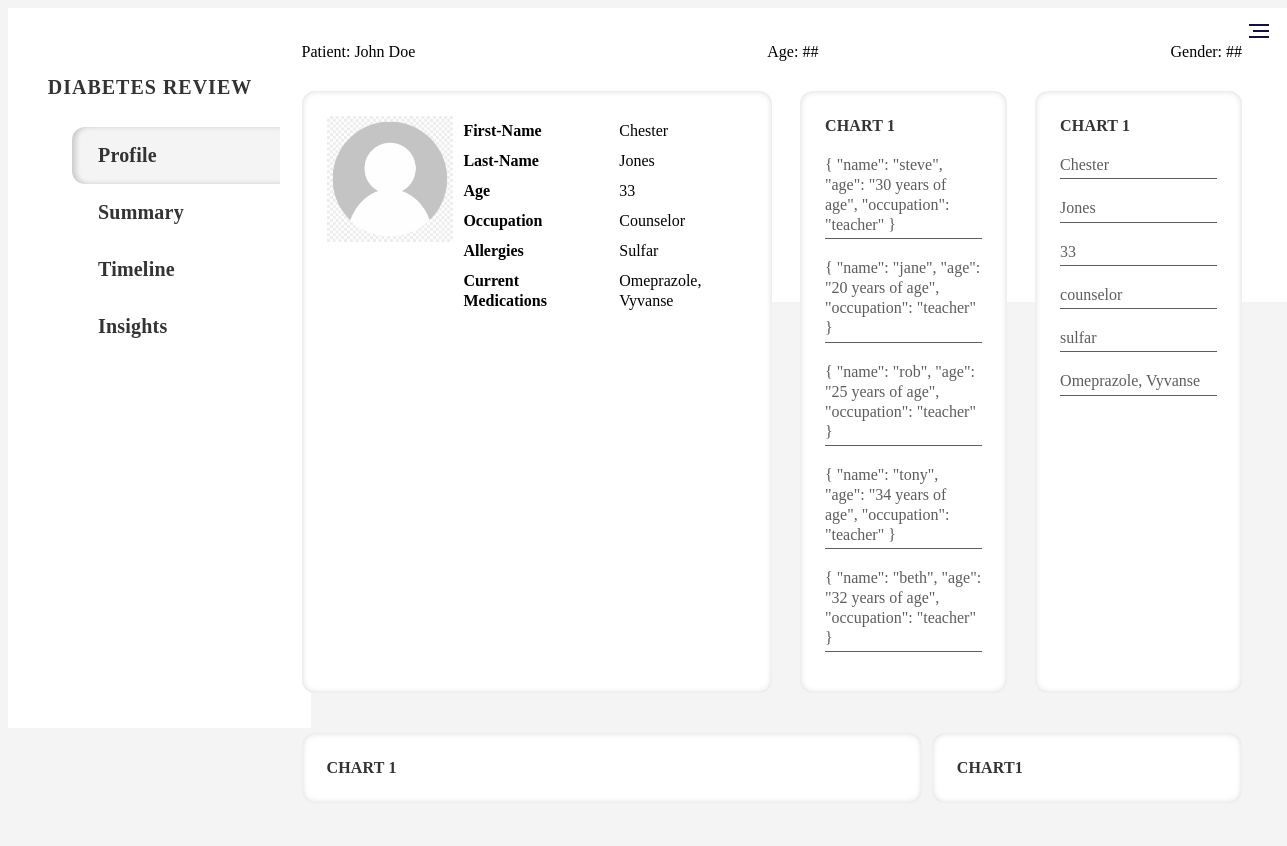
Repository: ariellecerini/clinical-reasoning
Page: /
The author's editor kept a copy of each file at every save. The page is drawn from the files as they stood at one save, then again after the next save.
The browser window is 1280 px wide. The page is 1287 px wide, so the pictures cover 1287 px, including what lies to the right of the window. The pictures show the whole page.
The project was rebuilt for these pictures with package versions that can differ from the ones it lists, and the page was loaded fresh each time.

Above is the page before, as saved 2021-07-18 23:47:41.

### src/App.vue
<template>

                <div class="page-container">
                    <div class="row">
                        <div class="col-3">
                        <side-panel v-bind="{showing: true, title: 'Diabetes Review'}" />
                        </div>
                        <div class="col-9 dashboard bodycontent">
                            <div class="row dashboard bodycontent top-bar" style="padding-bottom: 30px;">
                                <div>Patient: John Doe</div>
                                <div>Age: ##</div>
                                <div>Gender: ##</div>

                            </div>

                                <div class="row dashboard bodycontent" style="padding-bottom: 40px;">
                                    <div class="two-col">
                                        <profile-card :profile='data'/>
                                    </div>
                                     <div class="four-col">
                                        <info-module v-bind="{title: 'Chart 1', content: sample}"/>
                                    </div>
                                     <div class="four-col">
                                        <info-module v-bind="{title: 'Chart 1', content: data}"/>
                                    </div>


                                </div>
                                <div class="row dashboard bodycontent">
                                    <div style="width: 66%; padding: 0;">
                                        <info-module v-bind="{title: 'Chart 1'}"/>
                                    </div>
                                    <div style="width: 33%;">
                                        <info-module v-bind="{title: 'Chart1'}"/>
                                    </div>
                                </div>
                        </div>
                    </div>
                </div>

</template>

<script>
import './stories/Dashboard/dashboard.css';
import './stories/style-tokens.css';
import SidePanel from './stories/Dashboard/Menu/SidePanel/SidePanel.vue'
import InfoModule from './stories/Dashboard/Components/InfoModule/InfoModule.vue';
import ProfileCard from './stories/Dashboard/Components/ProfileCard/ProfileCard.vue';
import './assets/bootstrap-4.1.3-dist/css/bootstrap-grid.min.css';
import profileData from "./assets/profileData.json";
import sampleData from "./assets/sampleData.json";

export default {
    name: "dashboard-layout",
    components: {
    InfoModule,
    SidePanel,
    ProfileCard
  },

    props:{
        title: String
    },
   data(){

        return{
            data: profileData,
            sample: sampleData
        }
      }

}
</script>

<style scoped>
.page-container{
    width: 100%;
    padding: 0;
    margin: 0;
    display:flexbox;
    justify-content: space-between;
}

.row.dashboard.bodycontent{
    width: 100%;
    display: flexbox;
    justify-content: space-between;

}
.col-9.dashboard.bodycontent{
    width: 100%;
    padding: 35px 30px 35px 0;

}
.two-col{
  width:50%;
}
.three-col{
    width: 33%;
}

.four-col{
    width: 22%;
}

iframe.sb-show-main.sb-main-padded{
    padding: 0 !important;
}
.card{
    width: 100%;
}

p{
  margin-top: 5px !important;
  margin-bottom: 5px !important;
}
</style>

### src/stories/Dashboard/dashboard.css
.card{
    background: var(--cardBackground) 0% 0% no-repeat padding-box;
    box-shadow: inset 0px 0px 6px #00000029;
    border-radius: 13px;
    width: 90%;
    height: 100%;
    padding: 25px;
    margin: auto;
}

h3.card-title.dashboard{
    text-align: left;
    font: normal normal bold 16px/20px IBM Plex Sans;
    letter-spacing: 0.18px;
    color: var(--black);
    text-transform: uppercase;
    opacity: 1;
    margin: 0;
}

.listItem{
    border-bottom: 1px solid var(--gray4);
    text-align: left;
    font: normal normal 400 16px/20px IBM Plex Sans;
    letter-spacing: 0px;
    color: #5D5D5D;
    opacity: 1;
    padding: 2% 0;
}

### src/stories/Dashboard/Menu/SidePanel/SidePanel.vue
<template>


<div id="app">
 <nav class="main-nav">
     <div class="logo">
       {{ title }}
     </div>
     <Burger></Burger>
   </nav>
    <Sidebar class="sidebar menu navholder">
     <div class="site-title">{{ title }}</div>
        <div class="menu-items">
            <menu-item @onClick="onClick" v-bind="{ active: true, hover: false, label: 'profile' }"/>
            <menu-item @onClick="onClick" v-bind="{ active: false, hover: false, label: 'summary' }"/>
            <menu-item @onClick="onClick" v-bind="{ active: false, hover: false, label: 'timeline' }"/>
            <menu-item @onClick="onClick" v-bind="{ active: false, hover: false, label: 'insights' }"/>
        </div>
   </Sidebar>



<!-- onclick function needs to be added
        set all 'active' props to false except for the menu item that was clicked
        switch the displayed info to the page that corresponds with the menu item
    -->

    </div>
</template>

<script>
import '../MenuItem/Menu.css';
import MenuItem from '../MenuItem/MenuItem.vue';
import Burger from '../MenuItem/Burger.vue';
import Sidebar from '../SidePanel/Sidebar.vue';
// import '../../../assets/normalize.css'

export default {
 name: 'side-panel',
  components: {
      MenuItem,
      Burger,
      Sidebar
      },
 props: {
     title: {
      type: String,
      required: true
    }
 }
}
</script>

<style scoped>
 .main-nav {
   display: flex;
   justify-content: space-between;
   padding: 0.5rem 0.8rem;
 }

 ul.sidebar-panel-nav {
   list-style-type: none;
 }

 ul.sidebar-panel-nav > li > a {
   color: #fff;
   text-decoration: none;
   font-size: 1.5rem;
   display: block;
   padding-bottom: 0.5em;
 }
</style>

### src/stories/Dashboard/Components/InfoModule/InfoModule.vue
<template>
  <Card class="card">
    <h3 class="card-title dashboard">{{title}}</h3>
    <div v-if= "contentType === 'ListTable'">
      <ListTable v-bind="{content: content}" />
      </div>
  </Card>
</template>

<script>
import '../../dashboard.css';
import Card from '../Card/Card.vue';
import ListTable from '../ListTable/ListTable.vue'
// import '../../../assets/normalize.css'

// import '../../../assets/style.css'

export default {
  name: 'info-module',
  components: { Card, ListTable },
  props: {
    title: {
      type: String,
      required: true,
      default: "Insert Title Here"
    },
    content: {
      type: Array,
      required: false

    },
    contentType:{
      type: String,
      required: true,
      default: 'ListTable'
    }
  },
};
</script>

### src/stories/Dashboard/Components/ProfileCard/ProfileCard.vue
<template>
  <Card class="card">
   <div class="profile-card">
       <div class="left-side">
            <div class="profile-image" style="width: 100%;">
                    <img src="../../../assets/place-holder.png" style="width: 100%;">
                </div>

            {{profile.name}}
        </div>

        <div class="right-side">
            <div v-for="(value, name) in profile" :key="value">
                <!-- <div v-for="newDataValue in newDataValues" :key="newDataValue"> -->
                 <div style="display: flex; justify-content: space-between;  font: normal normal 500 16px/20px IBM Plex Sans">
                    <div style="width: 45%;">
                        <p>
                          <strong>
                            {{name}}
                          </strong>
                        </p>
                    </div>
                    <div style="width: 45%; ">
                      <p>
                        {{value}}
                      </p>
                    </div>
                </div>
                    <!-- </div> -->
            </div>
        </div>
      </div>
  </Card>
</template>

<script>
import '../../dashboard.css';
import Card from '../Card/Card.vue';

// import '../../../assets/normalize.css'

// import '../../../assets/style.css'

export default {
  name: 'profile-card',
  components: { Card },
  props: {
    title: {
      type: String,
      required: true,
      default: "Insert Title Here"
    },
    profile:{
      type: Array,
      required: true
    },
    image:{
      type: String,
      required: false
          }
  }
};
</script>

<style scoped>
.profile-card{
  display: flex;
  justify-content: space-between;
}

p{
  margin-top: 5px;
  margin-bottom: 5px;
  text-transform: capitalize;
}
.left-side{
  width: 30%;
}
</style>

### src/stories/Dashboard/Menu/MenuItem/Menu.css
.sb-show-main.sb-main-padded{
    background: #fafafa;

}
.nav-item {
    box-shadow: none;
    padding-top: 15px;
    padding-bottom: 15px;
    padding-left: 10%;
    margin-left: auto;
    width: 80%;
    text-align: left;
    text-transform:capitalize;
    font: normal normal 600 20px/27px IBM Plex Sans;
    letter-spacing: 0.2px;
    color: var(--black);
    border-radius: 0;
}

.nav-item.nav-item-hover{
    background-color: var(--gray1);
    border-radius: 13px 0px 0px 13px;
}

.nav-item:hover{
    background-color: var(--appBgColor);
    border-radius: 13px 0px 0px 13px;
}
.nav-item.nav-item-active {
    box-shadow: inset 4px 0px 5px #00000029;
    border-radius: 13px 0px 0px 13px;
    background-color: var(--appBgColor);

   }

/* 'nav-item--active': this.active,
'nav-item--rounded': this.rounded, */

.sidebar.menu.navholder{
    background: #FFFFFF 0% 0% no-repeat padding-box;
    /* box-shadow: inset 0px 3px 10px #00000029; */
    opacity: 1;
    width: 100%;
    height: 100vh;
    justify-content: flex-start;
    max-width: 303px;
    display: flex;
    position: fixed;
    flex-direction: column;
    padding-bottom: 10%;
}

.site-title{
    margin-top: 10%;
    margin-bottom: 10%;
    text-align: center;
    font: normal normal 600 20px/27px IBM Plex Sans;
    letter-spacing: 1px;
    color: #333333;
    text-transform: uppercase;
    opacity: 1;
}

.logo{
    margin-top: 10%;
    margin-bottom: 10%;
    text-align: center;
    font: normal normal 600 20px/27px IBM Plex Sans;
    letter-spacing: 1px;
    color: #333333;
    text-transform: uppercase;
    opacity: 1;
}

.main-nav{
    background-color: var(--menuBackground);
    position: fixed;
    width: 100%;
}

### src/stories/Dashboard/Menu/MenuItem/MenuItem.vue
<template>
  <div :class="classes" @click="onClick">{{ label }}</div>
</template>

<script>
import './Menu.css';
import '../../../assets/style.css'
// import '../../../assets/normalize.css'

export default {
  name: 'menu-item',

  props: {
    label: {
      type: String,
      required: true,
    },
    active:{
      type: Boolean,
      default: true
    },
    hover: {
      type: Boolean,
      default: false,
    },

  },

  computed: {
    classes() {
      return {
        'nav-item': true,
        'nav-item-active': this.active,
        'nav-item-hover': this.hover
      };
    },

  },

  methods: {
    onClick() {
      this.$emit('onClick');
    },
  },
};
</script>

### src/stories/Dashboard/Menu/MenuItem/Burger.vue
<template>
    <div id="burger"
         :class="{ 'active' : isBurgerActive }"
         @click.prevent="toggle">
        <slot>
            <button type="button" class="burger-button" title="Menu">
                <span class="burger-bar burger-bar--1"></span>
                <span class="burger-bar burger-bar--2"></span>
                <span class="burger-bar burger-bar--3"></span>
            </button>
        </slot>
    </div>
</template>
<script>
    export default {
        data: () => ({
            isBurgerActive: false
        }),
        methods: {
            toggle() {
                this.isBurgerActive = !this.isBurgerActive
            }
        }
    }
</script>
<style>
   .hidden {
        visibility: hidden;
    }

    button {
        cursor: pointer;
    }

    /* remove blue outline */
    button:focus {
        outline: 0;
    }

    .burger-button {
        position: relative;
        height: 30px;
        width: 32px;
        display: block;
        z-index: 999;
        border: 0;
        border-radius: 0;
        background-color: transparent;
        pointer-events: all;
        transition: transform .6s cubic-bezier(.165,.84,.44,1);
    }

    .burger-bar {
        background-color: #130f40;
        position: absolute;
        top: 50%;
        right: 6px;
        left: 6px;
        height: 2px;
        width: auto;
        margin-top: -1px;
        transition: transform .6s cubic-bezier(.165,.84,.44,1),opacity .3s cubic-bezier(.165,.84,.44,1),background-color .6s cubic-bezier(.165,.84,.44,1);
    }

    .burger-bar--1 {
        -webkit-transform: translateY(-6px);
        transform: translateY(-6px);
    }

    .burger-bar--2 {
        transform-origin: 100% 50%;
        transform: scaleX(.8);
    }

    .burger-button:hover .burger-bar--2 {
        transform: scaleX(1);
    }

    .no-touchevents .burger-bar--2:hover {
        transform: scaleX(1);
    }

    .burger-bar--3 {
        transform: translateY(6px);
    }

    #burger.active .burger-button {
        transform: rotate(-180deg);
    }

    #burger.active .burger-bar {
        background-color: #fff;
    }

    #burger.active .burger-bar--1 {
        transform: rotate(45deg)
    }

    #burger.active .burger-bar--2 {
        opacity: 0;
    }

    #burger.active .burger-bar--3 {
        transform: rotate(-45deg)
    }
</style>

### src/stories/Dashboard/Menu/SidePanel/Sidebar.vue
<template>
    <div class="sidebar">
        <div class="sidebar-backdrop" @click="closeSidebarPanel" v-if="isPanelOpen"></div>
        <transition name="slide">
            <div v-if="isPanelOpen"
                 class="sidebar-panel">
                <slot></slot>
            </div>
        </transition>
    </div>
</template>
<script>
    export default {
        data: () => ({
            isPanelOpen: true
        }),
        methods: {
            closeSidebarPanel() {
                this.isPanelOpen = false
            }
        }
    }
</script>
<style>
    .slide-enter-active,
    .slide-leave-active
    {
        transition: transform 0.2s ease;
    }

    .slide-enter,
    .slide-leave-to {
        transform: translateX(-100%);
        transition: all 150ms ease-in 0s
    }

    .sidebar-backdrop {
        width: 100vw;
        height: 100vh;
        position: fixed;
        top: 0;
        left: 0;
        cursor: pointer;
    }

    .sidebar-panel {
        overflow-y: auto;
        position: fixed;
        left: 0;
        top: 0;
        height: 100vh;
        z-index: 999;
        padding: 3rem 20px 2rem 20px;
        width: 300px;
    }
</style>

### src/stories/Dashboard/Components/Card/Card.vue
<template>
  <div class="card"><slot/></div>
</template>

<script>
import '../../dashboard.css'
// import '../../../assets/normalize.css'

// import '../../../assets/style.css'

export default {
  name: 'card',

  props: {
    content: {
      type: Array,
      required: true,
    }
  },
};
</script>

### src/stories/Dashboard/Components/ListTable/ListTable.vue
<template>
  <div class="listTable" v-for="item in content" :key="item">
    <ListItem v-bind="{ entry: item }" />
  </div>
</template>

<script>
import '../../dashboard.css';
// import '../../../assets/style.css'
import ListItem from '../ListItem/ListItem.vue'
// import '../../../assets/normalize.css'

export default {
  name: 'list-table',
  components: { ListItem },
  props: {
    entry: {
      type: String,
      required: true,
    },
    content: {
      type: Array,
      required: false
    }
  },
  computed: {
    info() {
      return {
        'this.entry': true
      };
    },
  }
};
</script>

### src/stories/assets/style.css

:root {
    /*color for UI*/
    --dkOrange: #ef6a42;
    --orange: #ffeed6;
    --ltOrange: #fdf4e7;
    --dkTeal: #115f6c;
    --teal: #d7f4f5;
    --ltTeal: #edfeff;
    --dkBlue: #2f3b51;
    --blue: #dbe6f8;
    --ltBlue: #fafafa;
    --gray1: #f4f4f4;
    --gray2: #d8d8d8;
    --gray3: #727272;
    --gray4: #5d5d5d;
    --black: #333333;
    --white: #fff;

    /*background-colors*/
    --windowbgColor: #f4f4f4;
    --appBgColor: var(--gray1);

    /*text colors*/
    --bodyCopy: var(--black);
    --headLineCopy: var(--black);
    --headLineCopyLt: var(--white);

    /*conditional colors*/
    --suggestionDark: var(--dkOrange);
    --suggestionLight: var(--ltOrange);
    --adherenceDark: var(--dkTeal);
    --adherenceLight: var(--ltTeal);

    /*container sizes*/
    --deviceContainer: 420px;

    /*border styling*/
    --borderRadius: 5pt;

    /*object shadow styling*/
    --shadowStyleOne: 0 1pt 2pt #00000014;
    --shadowStyleTwo: 0 0 3px #00000029;
    --shadowStyleThree: 0 0 3px #00000016;
    --shadowStyleFour: 0 0.125rem 0.5rem rgb(0 0 0 / 10%),
      0 0.0625rem 0.125rem rgb(0 0 0 / 6%);
    --shadowStyleFive: 3pt 3pt 8pt #0000000a;
    --shadowStyleSix: 0pt 1pt 2pt #0000000a;

    /*navbar*/
    --navLinkColor: var(--black);
    --navOpenBgColor: var(--gray1);
    --navBannerBgColor: var(--white);

    /*font-specifications*/
    --baseFontSize: 12pt;
    --fontFamily: "IBM Plex Sans", sans-serif;

    /*card styling*/
    --cardShadow: 0 3pt 6pt #00000029;
    --cardBackground: var(--white);

    /*multi-view slider*/
    --btmPadding: 4%;

    /*with image*/
    --spaceBtwnImage: 5%;

    /*without image*/
    --spaceBtwnNImage: 6%;

    /*single view slider*/
    --cardBorderRadius: 10pt;

    /*menu styling*/
    --menuBackground: var(--white);
    --sidePanelBackground: var(--white);
  }

body{
    background: var(--appBgColor);
}

.navitem .bg-primary .rounded .navitem-active{

    background-color: var(--appBgColor);
    box-shadow: inset 4px 0px 5px #00000029;
    border-radius: 13px 0px 0px 13px;
}

p{
  font-weight: 300;
}


/* .menu-item{

    background-color: var(--appBgColor);
    box-shadow: inset 4px 0px 5px #00000029;
    border-radius: 13px 0px 0px 13px;
} */

### src/stories/Dashboard/Components/ListItem/ListItem.vue
<template>
  <div>
    <p class="listItem">{{entry}}</p>
  </div>
</template>

<script>
import '../../dashboard.css';
// import '../../../assets/normalize.css'

// import '../../../assets/style.css'

export default {
  name: 'list-item',
  props: {
    entry: {
      type: String,
      required: true,
      default: "Insert Line Item Here"
    }
  },
};
</script>

Loaded but not shown: public/index.html (common file); src/main.js (common file); src/assets/bootstrap-4.1.3-dist/css/bootstrap-grid.min.css (library); src/assets/sampleData.json (28 lines, source omitted); src/assets/profileData.json (8 lines, source omitted); src/stories/style-tokens.css (305 lines, source omitted)

After the next save:
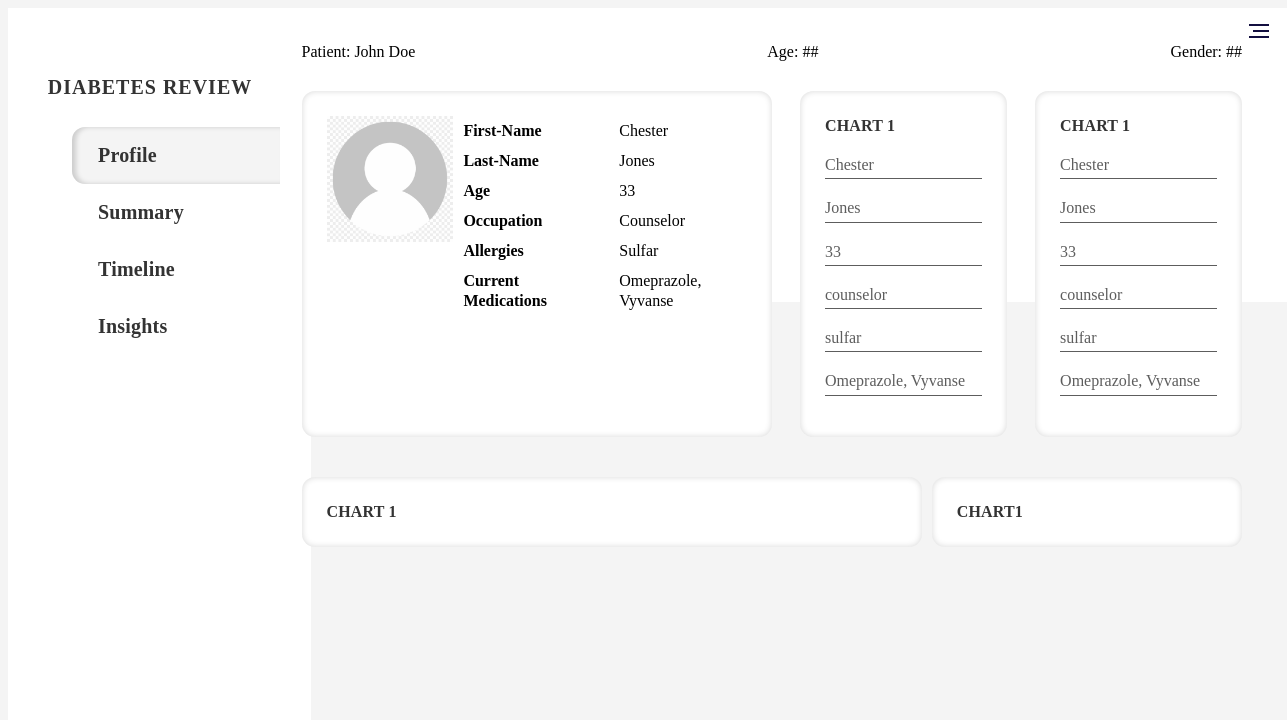
Saved 38 s later.
--- a/src/App.vue
+++ b/src/App.vue
@@ -18,7 +18,7 @@
                                         <profile-card :profile='data'/>
                                     </div>
                                      <div class="four-col">
-                                        <info-module v-bind="{title: 'Chart 1', content: sample}"/>
+                                        <info-module v-bind="{title: 'Chart 1', content: data}"/>
                                     </div>
                                      <div class="four-col">
                                         <info-module v-bind="{title: 'Chart 1', content: data}"/>
